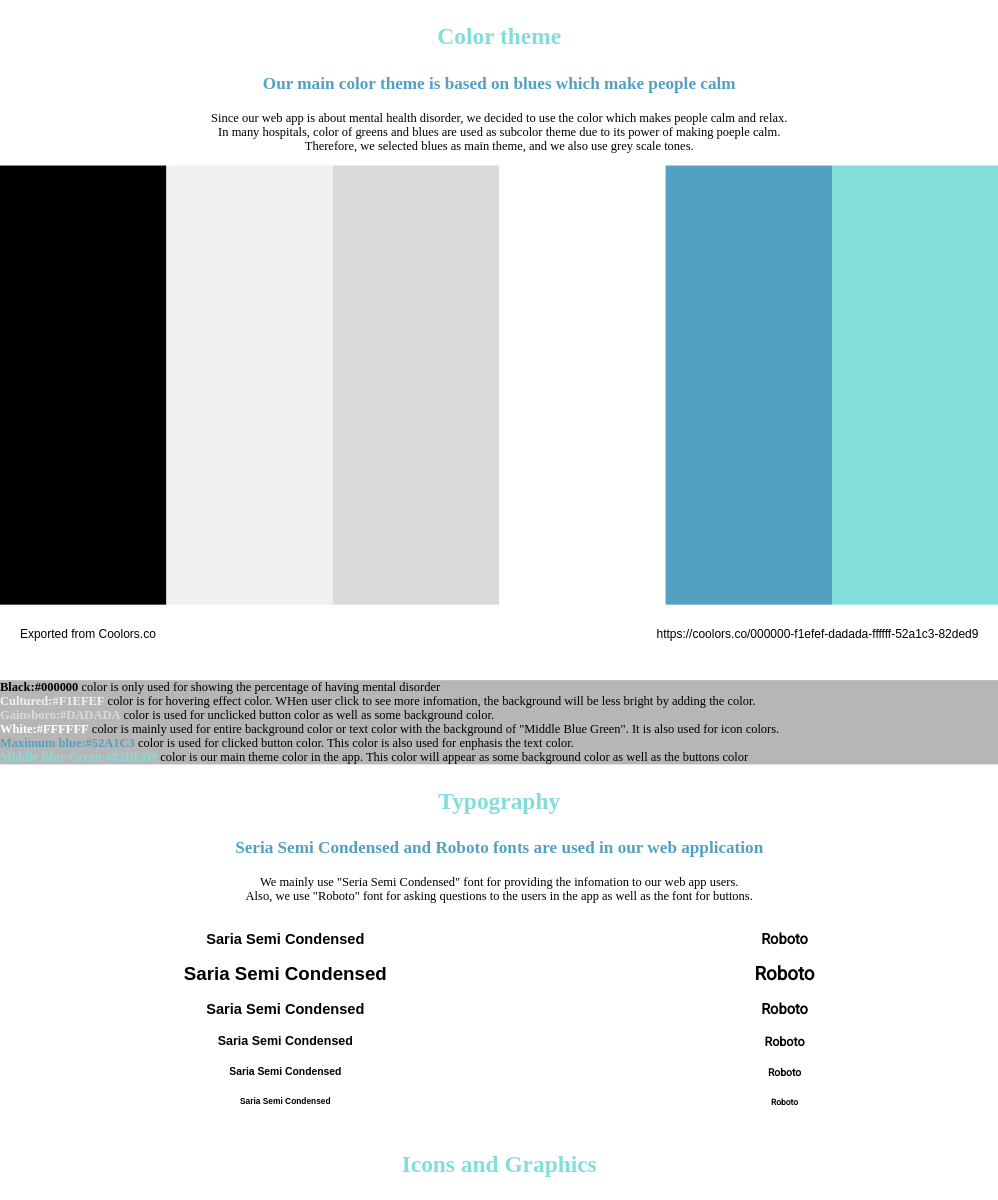
Repository: zzs1/style-guide
Page: style guide/Chisaki_styleGuide_part2/index.html
These files come from the project's save history. The page is drawn as it stood at one moment and after a run of saves; the edit follows.
The browser window is 1280 px wide. The pictures show the whole page, at 78% of full size.
Some web fonts or font styles are not loaded; a fallback is used.

Above is the page before, as saved 2021-03-21 12:19:22.

After the next 2 saves:
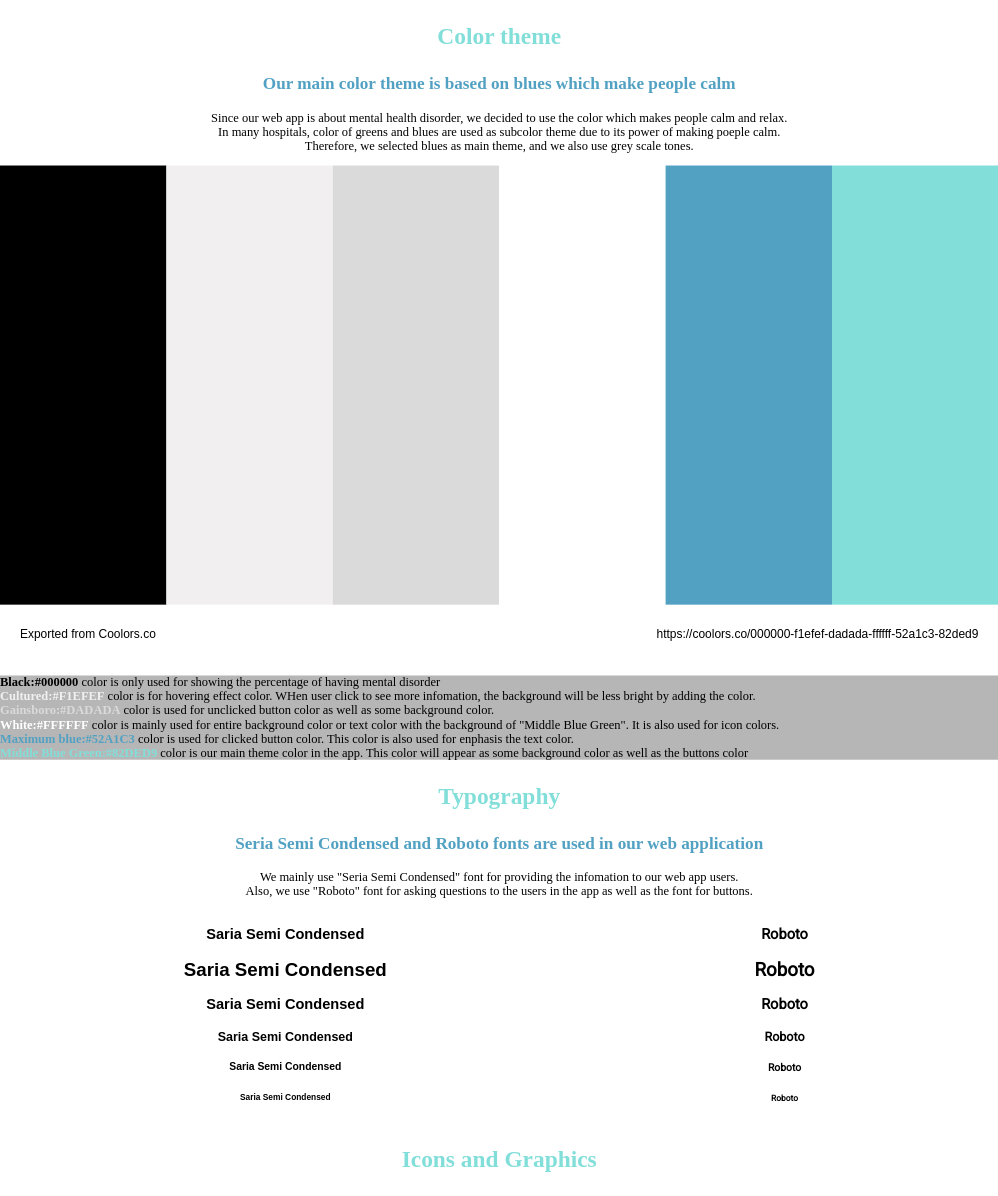
The 2 saves are shown as one change because they came seconds apart.
The last was saved 7 s later.
--- a/style guide/Chisaki_styleGuide_part2/index.html
+++ b/style guide/Chisaki_styleGuide_part2/index.html
@@ -22,7 +22,7 @@
         </p>
         <div id="colorbox">
           <img src="palette.svg" alt="color pallette">
-          <p style="background-color: rgb(183, 182, 182); text-align: left; margin-top:">
+          <p style="background-color: rgb(183, 182, 182); text-align: left; margin-top:10px;">
             <strong style="color:#000000;">Black:#000000</strong> color is only used for showing the percentage of having mental disorder<br>
             <strong style="color:#F1EFEF;">Cultured:#F1EFEF</strong> color is for hovering effect color. WHen user click to see more infomation, the background will be less bright by adding the color.<br>
             <strong style="color:#DADADA;">Gainsboro:#DADADA</strong> color is used for unclicked button color as well as some background color.<br>

After the save that followed:
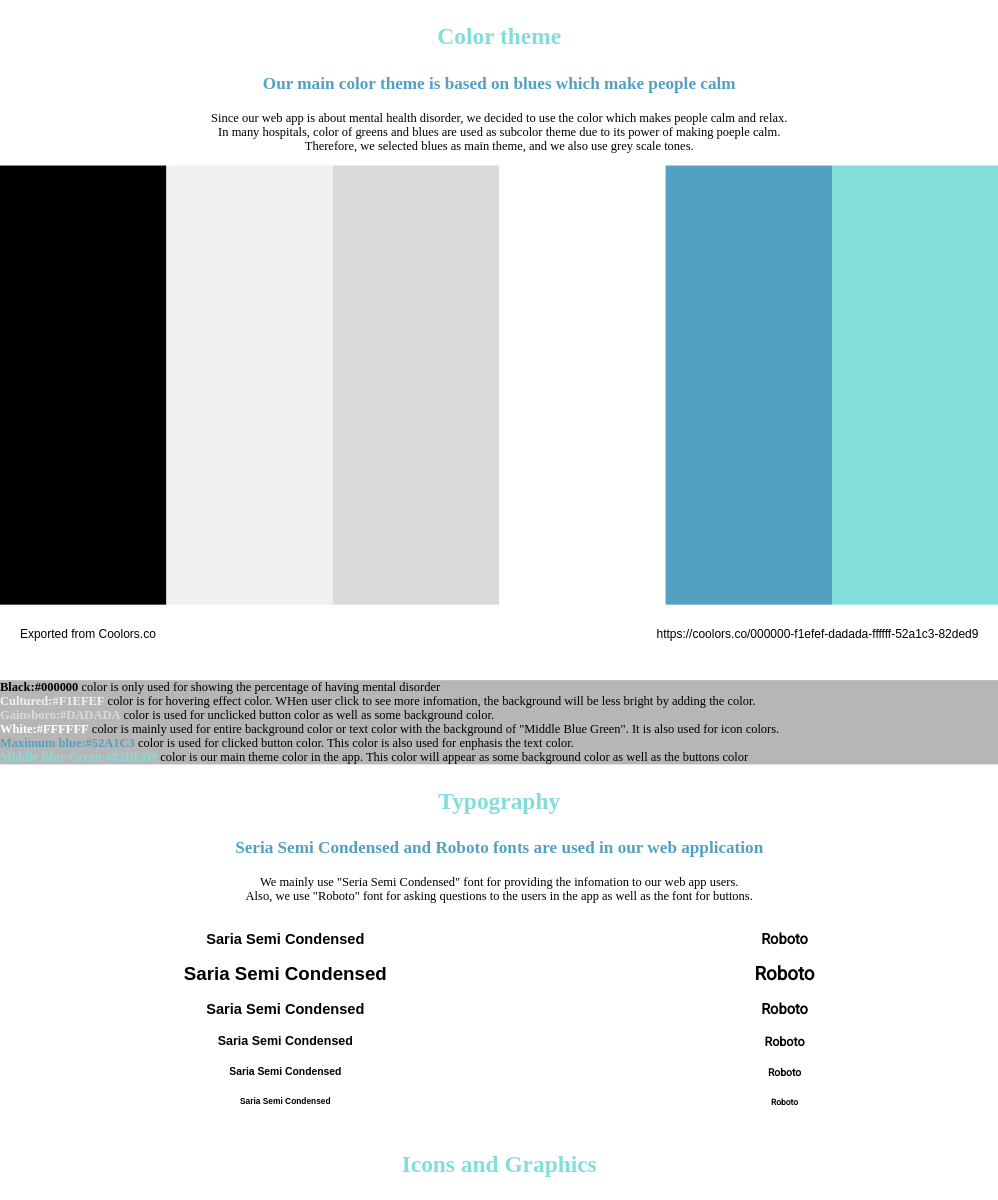
Saved 7 s later.
--- a/style guide/Chisaki_styleGuide_part2/index.html
+++ b/style guide/Chisaki_styleGuide_part2/index.html
@@ -22,7 +22,7 @@
         </p>
         <div id="colorbox">
           <img src="palette.svg" alt="color pallette">
-          <p style="background-color: rgb(183, 182, 182); text-align: left; margin-top:10px;">
+          <p style="background-color: rgb(183, 182, 182); text-align: left;">
             <strong style="color:#000000;">Black:#000000</strong> color is only used for showing the percentage of having mental disorder<br>
             <strong style="color:#F1EFEF;">Cultured:#F1EFEF</strong> color is for hovering effect color. WHen user click to see more infomation, the background will be less bright by adding the color.<br>
             <strong style="color:#DADADA;">Gainsboro:#DADADA</strong> color is used for unclicked button color as well as some background color.<br>
